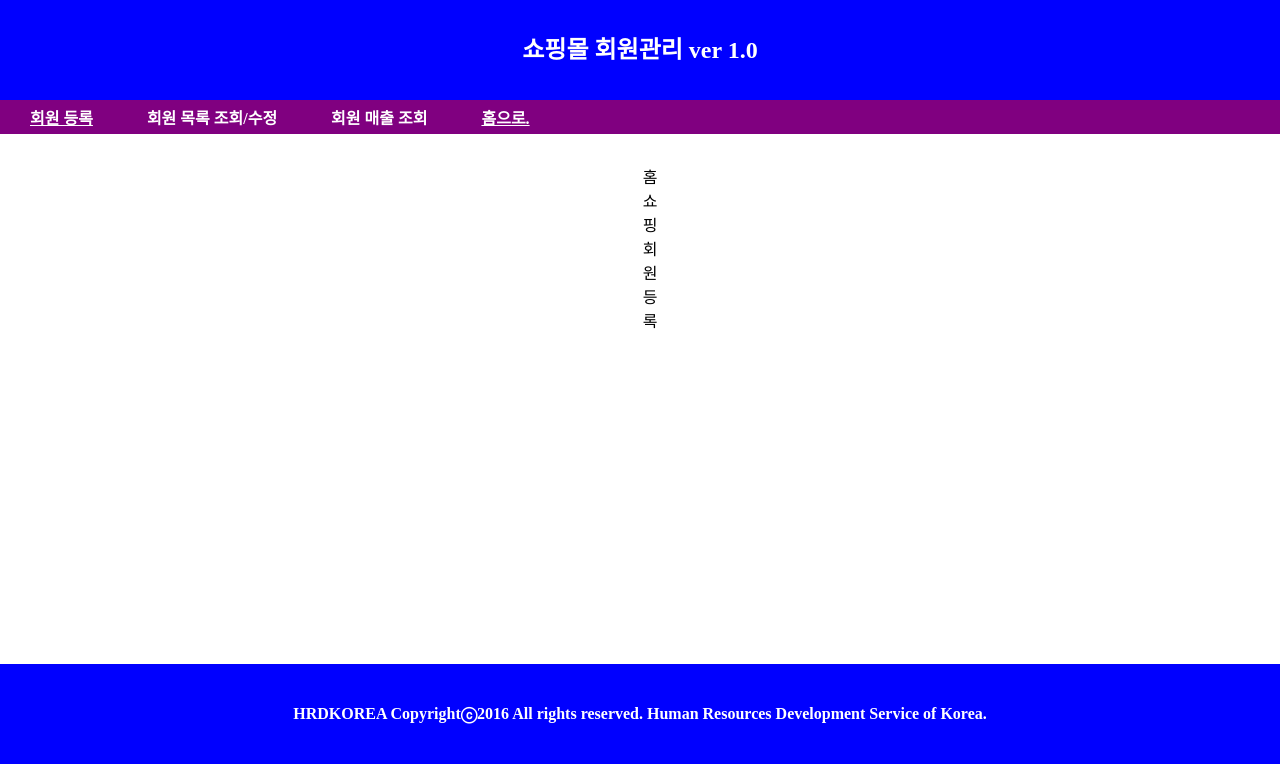
Repository: brightjy/Today-what-I-practiced
Page: http://localhost/HRD_900108/member/memberRegisterView.jsp
An editor plug-in stored every save of this project. The page is shown before and after the next save, followed by the edit.
The browser window is 1280 px wide. The pictures show the whole page.
The page is served by Tomcat 9.

Above is the page before, as saved 2020-05-09 12:02:24.

### hrdkorea_0509/HRD_900108/WebContent/member/memberRegisterView.jsp
<%@ page language="java" contentType="text/html; charset=UTF-8"
    pageEncoding="UTF-8"%>
<!DOCTYPE html>
<html>
<head>
<meta charset="UTF-8">
<title>Insert title here</title>
</head>
<body>
<jsp:include page="../main/header.jsp"/>
	<section>
		<table>
			<caption>홈쇼핑 회원등록</caption>
		</table>
	</section>
<jsp:include page="../main/footer.jsp"/>
</body>
</html>

### hrdkorea_0509/HRD_900108/WebContent/main/header.jsp
<%@ page language="java" contentType="text/html; charset=UTF-8"
    pageEncoding="UTF-8"%>
<!DOCTYPE html>
<html>
<head>
<meta charset="UTF-8">
<title>Insert title here</title>
<style>
	*{
		margin:0 auto;
	}
	header{
		height:100px;
		background-color:blue;
	}
	header h2{
		text-align:center;
		line-height:100px;
		color:white;
	}
	nav{
		background-color:purple;
		padding:5px 0 5px 30px;
	}
	nav a{
		color: white;
		font-weight:bold;
		padding-right:50px;
	}
	section{
		padding: 30px 0 0 20px;
		height:500px;
	}
	section h3{
		text-align:center;
		margin-bottom:20px;
	}
	footer{
		height:100px;
		background-color:blue;
	}
	footer h4{
		text-align:center;
		line-height:100px;
		color:white;
	}
</style>
</head>
<body>
	<header>
		<h2>쇼핑몰 회원관리 ver 1.0</h2>
	</header>
	<nav>
		<a href="memberReigster.do">회원 등록</a>
		<a>회원 목록 조회/수정</a>
		<a>회원 매출 조회</a>
		<a href="main.do">홈으로.</a>
	</nav>
</body>
</html>

### hrdkorea_0509/HRD_900108/WebContent/main/footer.jsp
<%@ page language="java" contentType="text/html; charset=UTF-8"
    pageEncoding="UTF-8"%>
<!DOCTYPE html>
<html>
<head>
<meta charset="UTF-8">
<title>Insert title here</title>
<style>
	*{
		margin:0 auto;
	}
	header{
		height:100px;
		background-color:blue;
	}
	header h2{
		text-align:center;
		line-height:100px;
		color:white;
	}
	nav{
		background-color:purple;
		padding:5px 0 5px 30px;
	}
	nav a{
		color: white;
		font-weight:bold;
		padding-right:50px;
	}
	section{
		padding: 30px 0 0 20px;
		height:500px;
	}
	section h3{
		text-align:center;
		margin-bottom:20px;
	}
	footer{
		height:100px;
		background-color:blue;
	}
	footer h4{
		text-align:center;
		line-height:100px;
		color:white;
	}
</style>
</head>
<body>
	<footer>
		<h4>HRDKOREA Copyrightⓒ2016 All rights reserved. Human Resources Development Service of Korea.</h4>
	</footer>
</body>
</html>

After the next save:
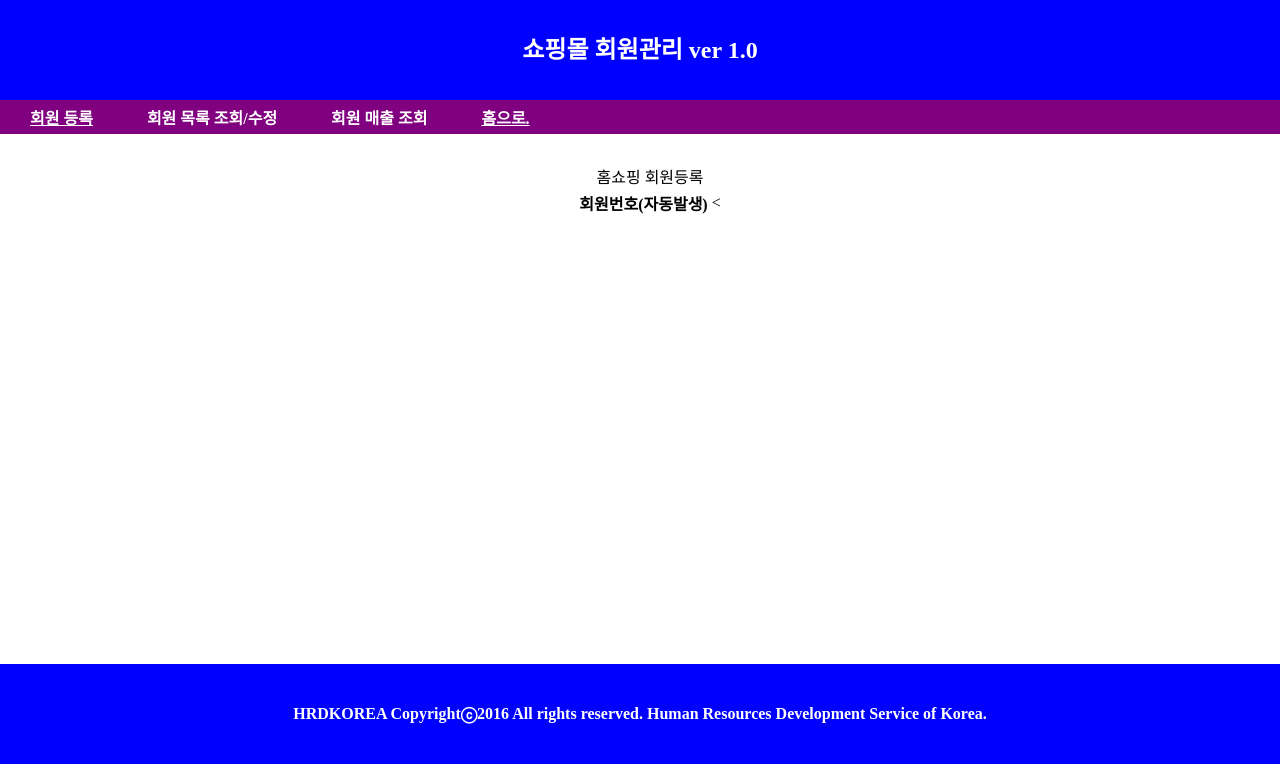
Saved 118 s later.
--- a/hrdkorea_0509/HRD_900108/WebContent/member/memberRegisterView.jsp
+++ b/hrdkorea_0509/HRD_900108/WebContent/member/memberRegisterView.jsp
@@ -9,9 +9,19 @@
 <body>
 <jsp:include page="../main/header.jsp"/>
 	<section>
-		<table>
-			<caption>홈쇼핑 회원등록</caption>
-		</table>
+		<form action="">
+			<table>
+				<caption>홈쇼핑 회원등록</caption>
+				<tr>
+					<th>
+						회원번호(자동발생)
+					</th>
+					<td>
+						<
+					</td>
+				</tr>
+			</table>
+		</form>
 	</section>
 <jsp:include page="../main/footer.jsp"/>
 </body>
